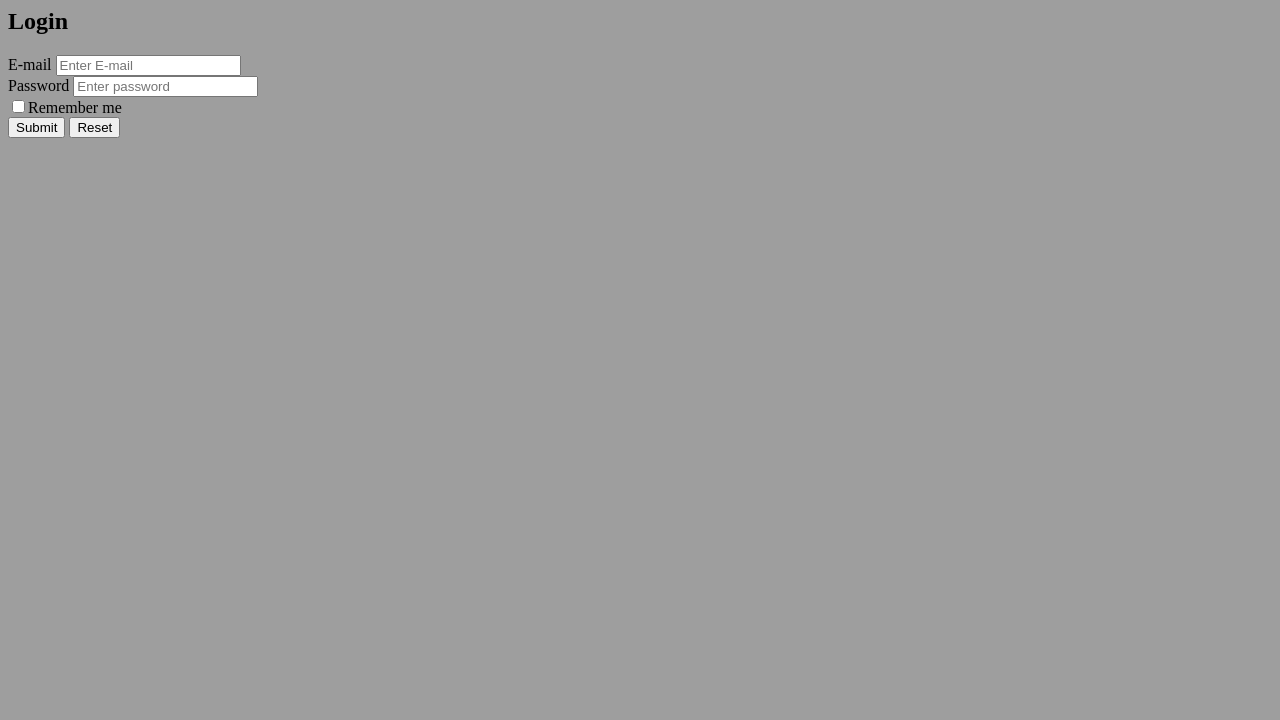
Repository: BragadeeshChandrasekar/my-bookshelf
Page: http://localhost/booksales/Login.jsp
An editor plug-in stored every save of this project. The page is shown before and after the next save, followed by the edit.
The browser window is 1280 px wide. The pictures show the whole page.
The page is served by Tomcat 9. Other server files are loaded and not shown.

Above is the page before, as saved 2016-06-10 10:51:07.

### booksales/WebContent/Login.jsp
<%@ page language="java" contentType="text/html; charset=ISO-8859-1"
    pageEncoding="ISO-8859-1"%>
<html>
<head>
<meta http-equiv="Content-Type" content="IE=edge; charset=UTF-8">
  <title>Log-In</title>
</head>
<body background="C:\Users\C Bragadeesh\Downloads\newbook.jpg">
<form class="form-inline" role="form">
<form action="LoginServlet"></form>
<div class="container"><h2>Login</h2>
</div>
<div class="form-group">
<label for= "e-mail">E-mail</label>
<input type="e-mail" class="form control" id="e-mail" placeholder="Enter E-mail">
</div>
<div class="form-group">
<label for="pwd">Password</label>
<input type="password" class="form control" id="pwd" placeholder="Enter password">
</div>
<div class="checkbox">
<label><input type="checkbox">Remember me</label></div>
<button type="submit" class="btn btn-primary">Submit</button>
<button type="clear" class="btn btn danger">Reset</button>
</form>
</body>
</html>

After the next save:
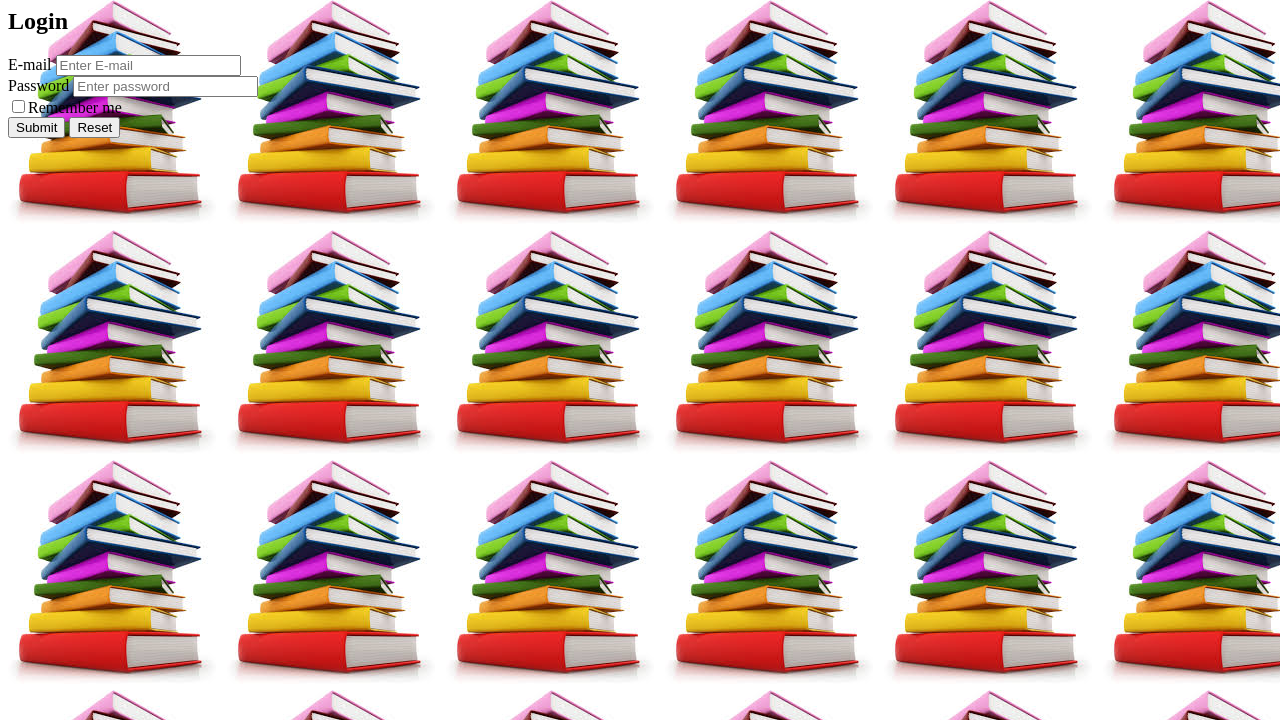
Saved 6 min 25 s later.
--- a/booksales/WebContent/Login.jsp
+++ b/booksales/WebContent/Login.jsp
@@ -5,7 +5,7 @@
 <meta http-equiv="Content-Type" content="IE=edge; charset=UTF-8">
   <title>Log-In</title>
 </head>
-<body background="C:\Users\C Bragadeesh\Downloads\newbook.jpg">
+<body background="newbook.jpg">
 <form class="form-inline" role="form">
 <form action="LoginServlet"></form>
 <div class="container"><h2>Login</h2>
